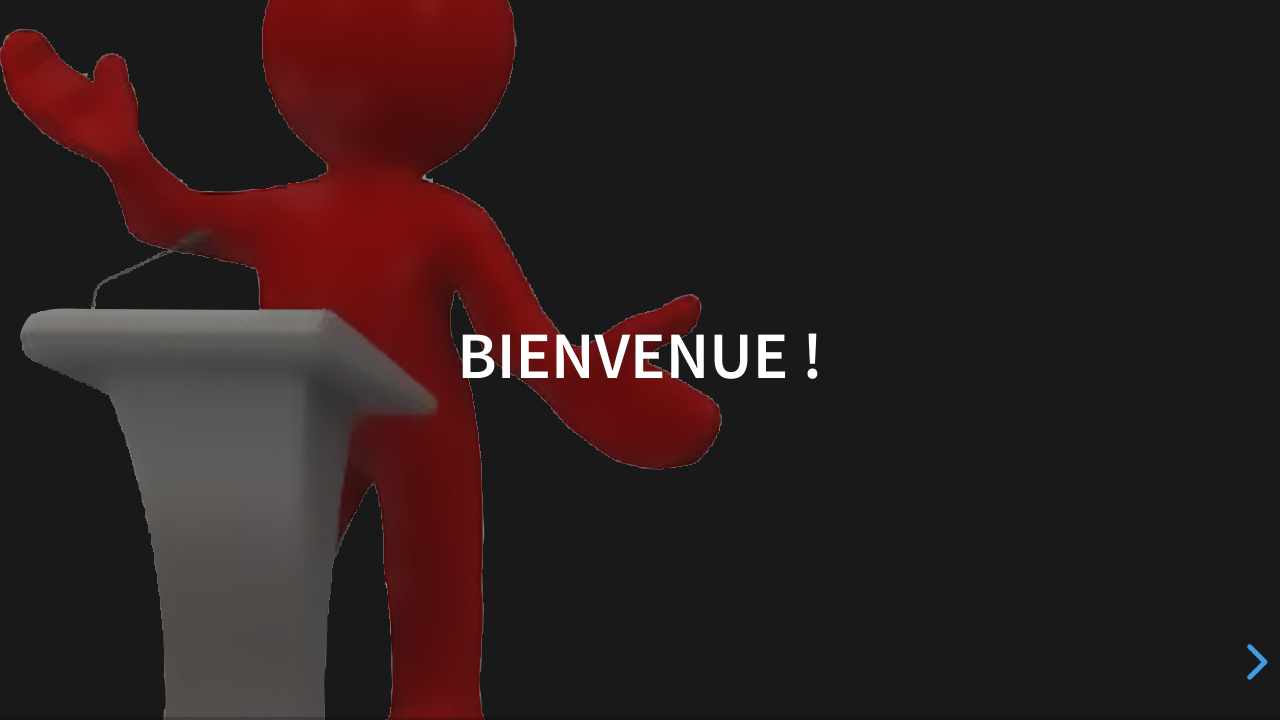
Repository: cutesquirrel/pres-college
Page: index.html
An editor plug-in stored every save of this project. The page is shown before and after the next save, followed by the edit.
The browser window is 1280 px wide. The pictures show the whole page.

Above is the page before, as saved 2024-03-31 10:39:49.

After the next save:
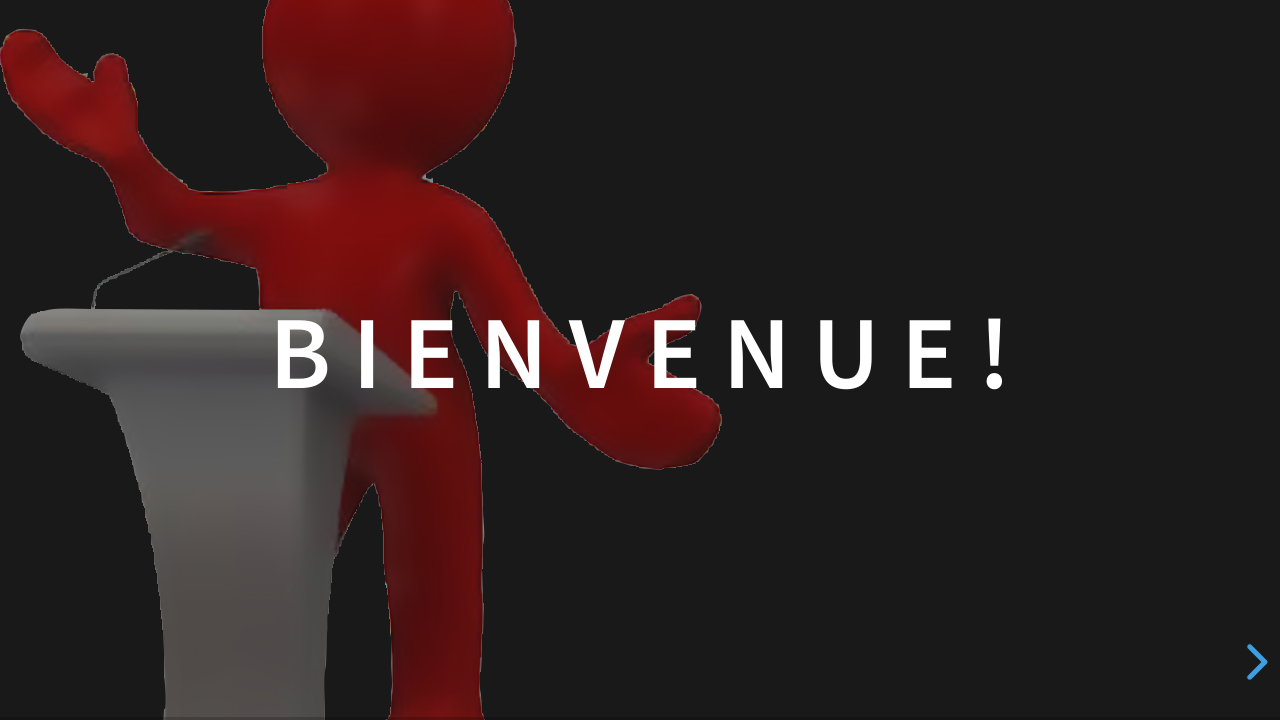
Saved 2 min 27 s later.
--- a/index.html
+++ b/index.html
@@ -17,7 +17,19 @@
 		<div class="reveal">
 			<div class="slides">
 				<section data-background-image="./whoami.png" data-background-size="722px" data-background-position="left" data-background-repeat="no-repeat" data-background-opacity="0.5">
-					<h2>Bienvenue !</h2>
+					<div id="wrapper">
+						<h1>
+							<span class="letter01">B</span>
+							<span class="letter02">i</span>
+							<span class="letter03">e</span>
+							<span class="letter04">n</span>
+							<span class="letter05">v</span>
+							<span class="letter06">e</span>
+							<span class="letter07">n</span>
+							<span class="letter08">u</span>
+							<span class="letter09">e</span>
+							<span class="letter10">!</span>
+					</div>
 				</section>
 				<section data-background-image="./whoami.png" data-background-size="722px" data-background-position="left" data-background-repeat="no-repeat" data-background-opacity="0.5">
 					<h2>Qui suis-je ?</h2>
